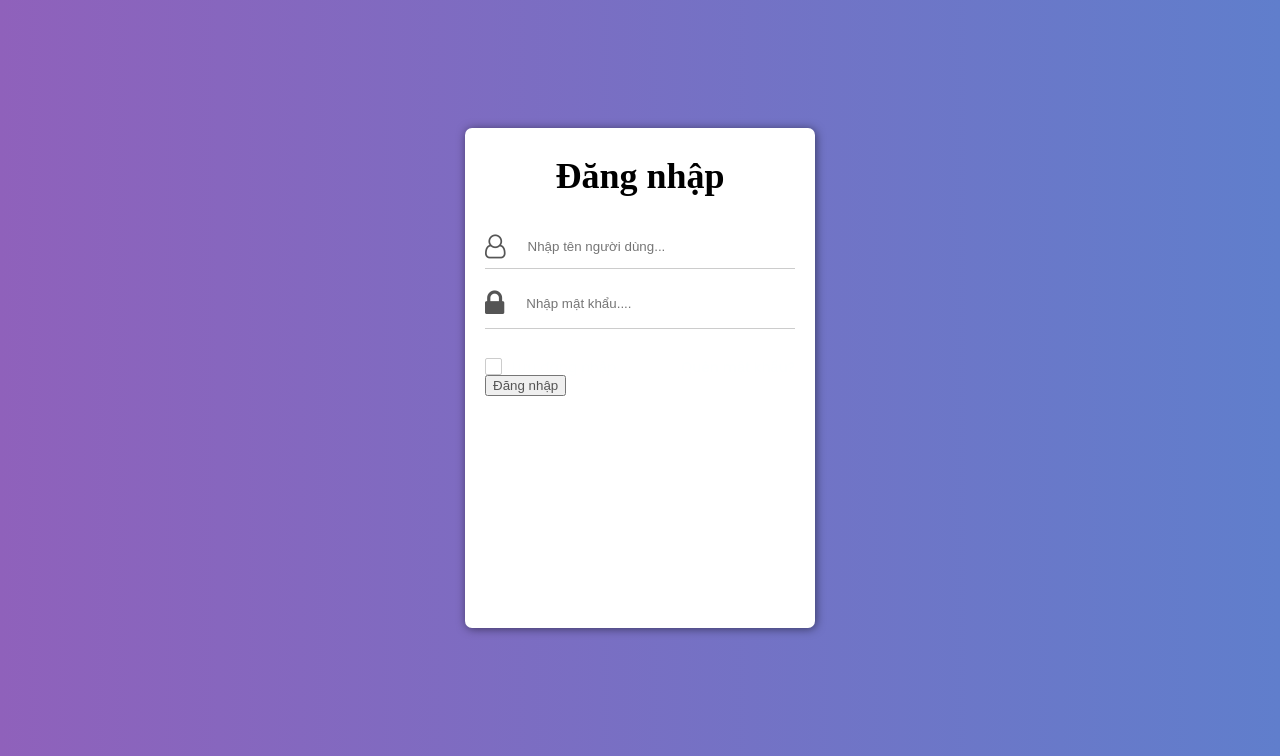
Repository: Nieday306/shophoaqua
Page: login.html
These files come from the project's save history. The page is drawn as it stood at one moment and after the next save; the edit follows.
The browser window is 1280 px wide. The pictures show the whole page.

Above is the page before, as saved 2024-04-06 18:22:02.

After the next save:
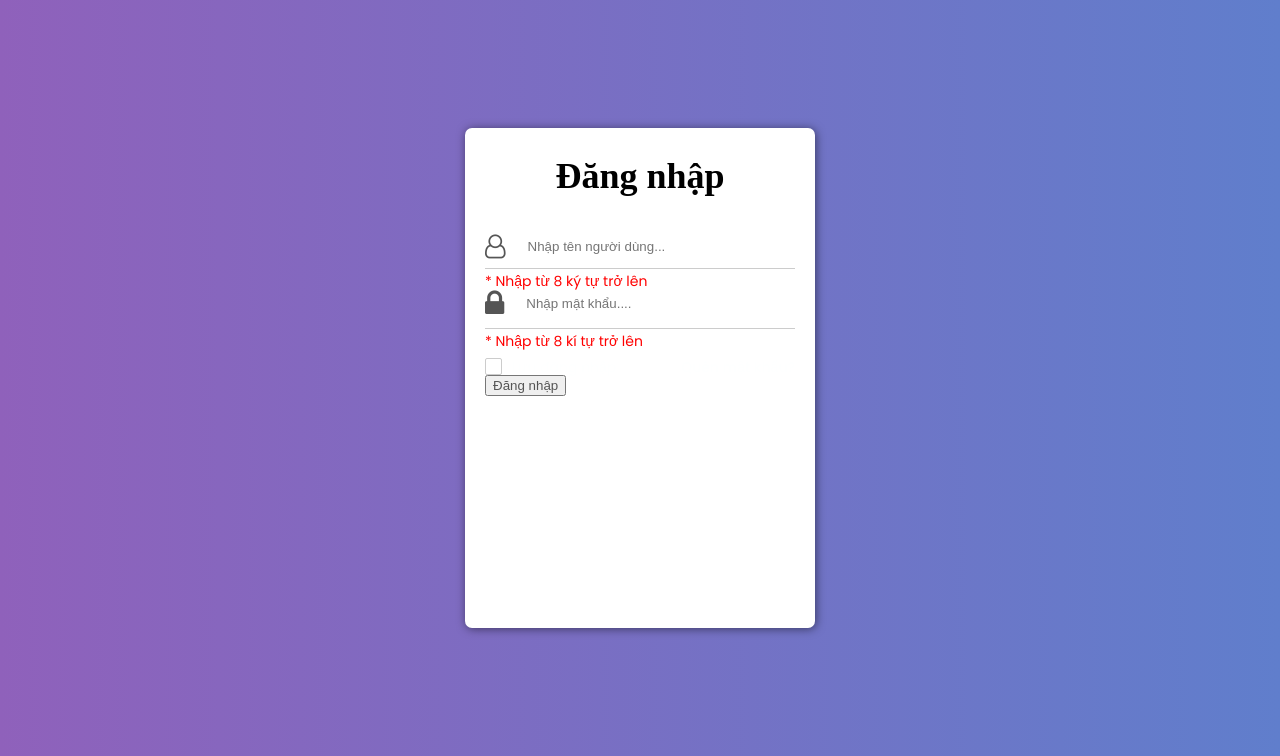
Saved 8 s later.
--- a/assets/css/login.css
+++ b/assets/css/login.css
@@ -67,7 +67,7 @@ input[type="text"] {
   color: red;
   font-size: 1.4rem;
   margin-top: 5px;
-  visibility: hidden;
+  /* visibility: hidden; */
 }
 
 input[type="text"]:has(:invalid) ~ .form-error {
